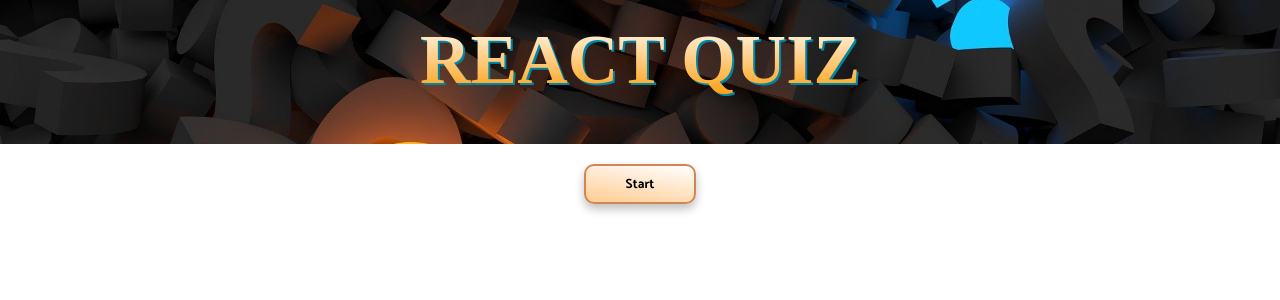
Repository: KrzysKolo/quizAPP
Page: /
The author's editor kept a copy of each file at every save. The page is drawn from the files as they stood at one save, then again after the next save.
The browser window is 1280 px wide. The pictures show the whole page.
The project was rebuilt for these pictures with package versions that can differ from the ones it lists, and the page was loaded fresh each time. Also part of the build but not shown: src/components/QuestionCard.style.ts, src/components/QuestionCard.tsx.

Above is the page before, as saved 2021-04-25 00:22:31.

### public/index.html
<!DOCTYPE html>
<html lang="en">
  <head>
    <meta charset="utf-8" />
    <link rel="icon" href="%PUBLIC_URL%/favicon.ico" />
    <meta name="viewport" content="width=device-width, initial-scale=1" />
    <meta name="theme-color" content="#000000" />
    <meta
      name="description"
      content="Web site created using create-react-app"
    />
    <link rel="apple-touch-icon" href="%PUBLIC_URL%/logo192.png" />
    <!--
      manifest.json provides metadata used when your web app is installed on a
      user's mobile device or desktop. See https://developers.google.com/web/fundamentals/web-app-manifest/
    -->
    <link rel="manifest" href="%PUBLIC_URL%/manifest.json" />
    <!--
      Notice the use of %PUBLIC_URL% in the tags above.
      It will be replaced with the URL of the `public` folder during the build.
      Only files inside the `public` folder can be referenced from the HTML.

      Unlike "/favicon.ico" or "favicon.ico", "%PUBLIC_URL%/favicon.ico" will
      work correctly both with client-side routing and a non-root public URL.
      Learn how to configure a non-root public URL by running `npm run build`.
    -->
    <link rel="preconnect" href="https://fonts.gstatic.com">
<link href="https://fonts.googleapis.com/css2?family=Catamaran:wght@700&family=Roboto&display=swap" rel="stylesheet">
    <title>Quiz App</title>
  </head>
  <body>
    <noscript>You need to enable JavaScript to run this app.</noscript>
    <div id="root"></div>
    <!--
      This HTML file is a template.
      If you open it directly in the browser, you will see an empty page.

      You can add webfonts, meta tags, or analytics to this file.
      The build step will place the bundled scripts into the <body> tag.

      To begin the development, run `npm start` or `yarn start`.
      To create a production bundle, use `npm run build` or `yarn build`.
    -->
  </body>
</html>

### src/App.tsx
import React, { useState } from 'react'
import QuestionCard from './components/QuestionCard';
import { fetchQuizQuestions } from './API';
import { QuestionState, Difficulty } from './API';
import { GlobalStyle, Wrapper } from './App.style';

export interface AnswerObject  {
  question: string;
  answer: string;
  correct: boolean;
  correctAnswer: string;
}

const TOTAL_QUESTIONS = 10;

const App = () => {
  const [loading, setLoading] = useState(false);
  const [questions, setQuestions] = useState<QuestionState[]>([]);
  const [number, setNumber] = useState(0);
  const [userAnswers, setUserAnswers] = useState<AnswerObject[]>([]);
  const [score, setScore] = useState(0);
  const [gameOver, setGameOver] = useState(true);

  console.log(questions);

  const startTrivia = async () => {
    setLoading(true);
    setGameOver(false);

    const newQuestions = await fetchQuizQuestions(
      TOTAL_QUESTIONS,
      Difficulty.EASY
    );

    setQuestions(newQuestions);
    setScore(0);
    setUserAnswers([]);
    setNumber(0);
    setLoading(false);
  };


  const checkAnswer = (e: React.MouseEvent<HTMLButtonElement>) => {
    if (!gameOver) {
      const answer = e.currentTarget.value;
      const correct = questions[number].correct_answer === answer;
      if (correct) setScore(prev => prev + 1);
      const answerObject = {
        question: questions[number].question,
        answer,
        correct,
        correctAnswer: questions[number].correct_answer,
      }
      setUserAnswers((prev) => [...prev, answerObject])
    }
  };
  const nextQuestion = () => {
    const nextQuestion = number + 1;
    if (nextQuestion === TOTAL_QUESTIONS) {
      setGameOver(true);
    } else {
      setNumber(nextQuestion);
    }

  };

  return (
    <>
      <GlobalStyle />
      <Wrapper>
        <section className="header">
          <h1>REACT QUIZ</h1>
        </section>
      {gameOver || userAnswers.length === TOTAL_QUESTIONS ? (
        <button className="start" onClick={startTrivia}>
          Start
        </button>
      ): null}
      { !gameOver ? <p className="score">Score: {score} </p> : null}
      { loading && <p >Loading Questions... </p>  }
      { !loading && !gameOver && (<QuestionCard
        questionNr={number + 1}
        totalQuestions={TOTAL_QUESTIONS}
        question={questions[number].question}
        answers={questions[number].answers}
        userAnswer={userAnswers ? userAnswers[number] : undefined}
        callback={checkAnswer}

      />)}
      {!gameOver && !loading && userAnswers.length === number + 1 && number !== TOTAL_QUESTIONS - 1 ? (
          <button className='next' onClick={nextQuestion}>
            Next Question
          </button>
        ) : null}
      </Wrapper>
      </>
  )
}

export default App

### src/API.ts
import { shuffleArray } from './utils';
export interface Question  {
  category: string;
  correct_answer: string;
  difficulty: string;
  incorrect_answers: string[];
  question: string;
  type: string;
};

export enum Difficulty {
  EASY = "easy",
  MEDIUM = "medium",
  HARD = "hard",
}

export type QuestionState = Question & { answers: string[] };

export const fetchQuizQuestions = async (amount: number, difficulty: Difficulty): Promise<QuestionState[]> => {
  const request = `https://opentdb.com/api.php?amount=${amount}&difficulty=${difficulty}&type=multiple`;
 console.log(request)
  const data = await (await fetch(request)).json();
  return data.results.map((question: Question) => ({
    ...question,
    answers: shuffleArray([...question.incorrect_answers, question.correct_answer])
  }))
};

### src/App.style.ts
import styled, { createGlobalStyle } from 'styled-components';

import BGImage from './images/question-mark-2492009_1920.jpg';

export const GlobalStyle = createGlobalStyle`
  html {
    height: 100vh;

  }

    body {

      margin: 0;
      padding: 0 20px;
      display: flex;
      justify-content: center;
    }
    *{
      box-sizing: border-box;
      font-family: 'Catamaran', sans-serif;

    }
`;

export const Wrapper = styled.div`
  display: flex;
  flex-direction: column;
  align-items: center;
  .header {
    background-image: url(${BGImage});
    background-size: cover;
    background-position: center;
    height: 20vh;
    width: 100vw;
  }
  > p {
    color: #fff;
  }
  .score {
    color: #fff;
    font-size: 2rem;
    margin: 0;
  }
  h1 {
    font-family: Fascinate Inline;
    background-image: linear-gradient(180deg, #fff, #ff9800);
    background-size: 100%;
    background-clip: text;
    -webkit-background-clip: text;
    -webkit-text-fill-color: transparent;
    -moz-background-clip: text;
    -moz-text-fill-color: transparent;
    filter: drop-shadow(2px 2px #0085a3);
    font-size: 70px;
    text-align: center;
    margin: 20px;
  }
  .start, .next {
    cursor: pointer;
    background: linear-gradient(189deg, #fff, #ffcc91);
    border: 2px solid #d38558;
    box-shadow: 0px 5px 10px rgba(0, 0, 0, .25);
    border-radius: 10px;
    height: 40px;
    margin: 20px 0;
    padding: 0 40px;
  }
  .start {
    max-width: 200px;
  }
`;

### src/utils.ts
export const shuffleArray = (array: any[]) =>
[...array].sort(() => Math.random() - 0.5)

Loaded but not shown: src/index.tsx (common file); src/index.css (common file)

After the next save:
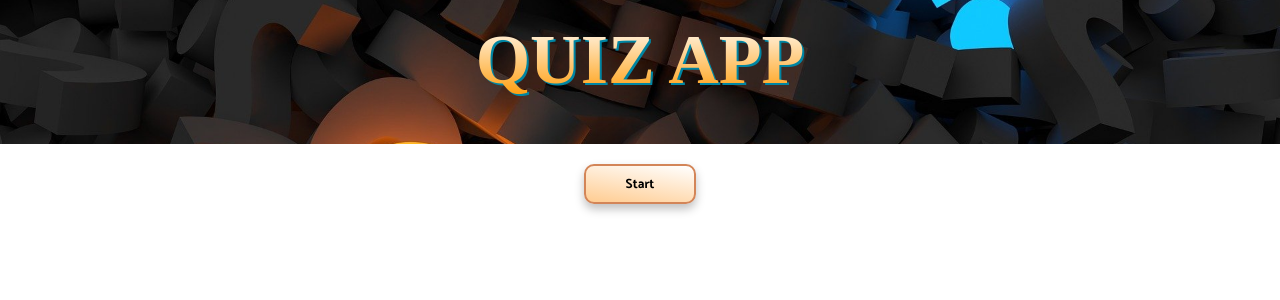
Saved 30 s later.
--- a/src/App.tsx
+++ b/src/App.tsx
@@ -69,7 +69,7 @@ const App = () => {
       <GlobalStyle />
       <Wrapper>
         <section className="header">
-          <h1>REACT QUIZ</h1>
+          <h1>QUIZ APP</h1>
         </section>
       {gameOver || userAnswers.length === TOTAL_QUESTIONS ? (
         <button className="start" onClick={startTrivia}>
